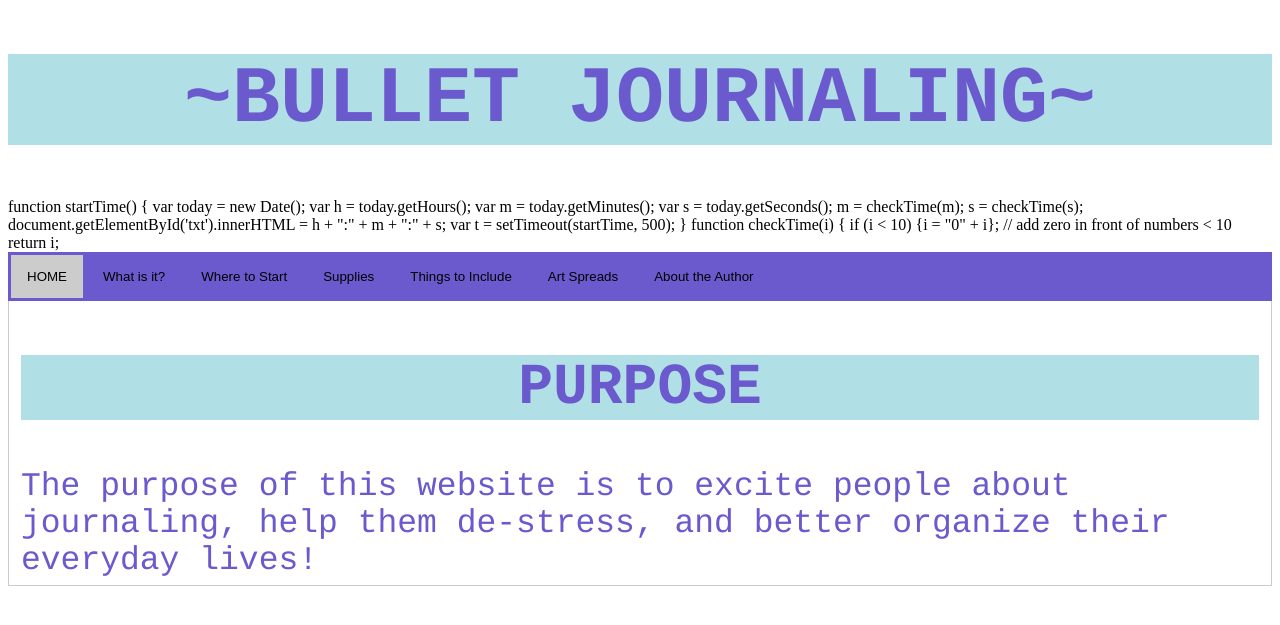
Repository: m-e-l-i-s-s-a/m-e-l-i-s-s-a.github.io
Page: journaling/index.html
The author's editor kept a record of every edit. The page is drawn from the files as they stood at one moment, then again after the next edit.
The browser window is 1280 px wide. The pictures show the whole page.

Above is the page before.

After the next edit:
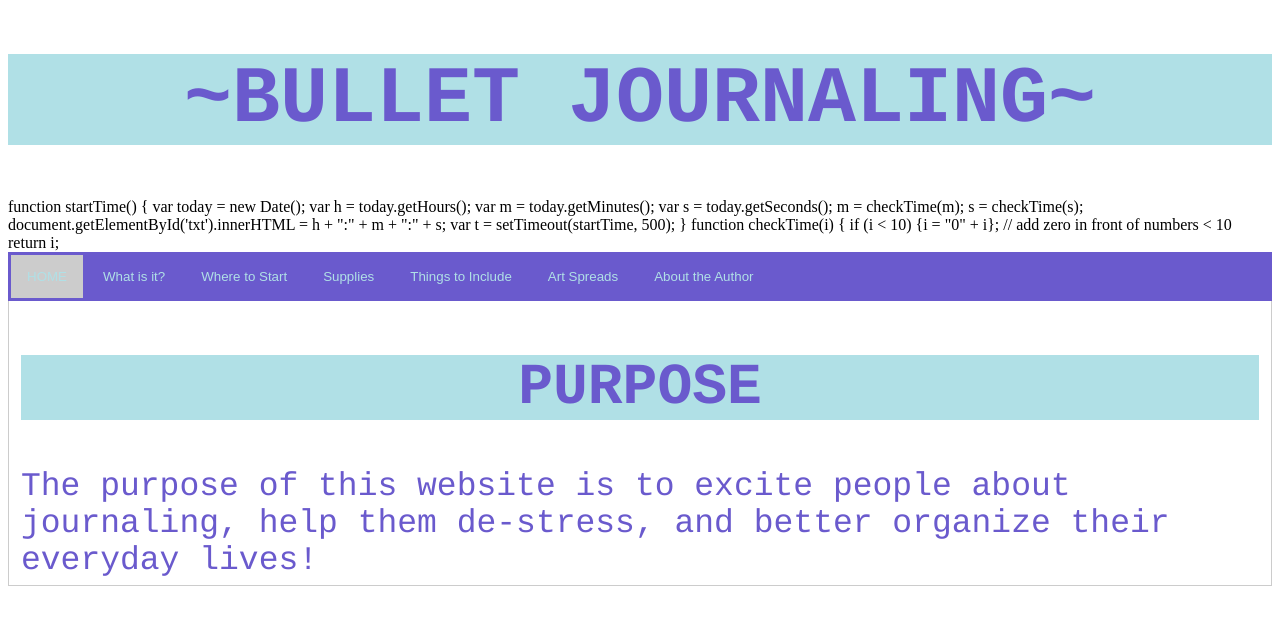
The edit:
--- a/journaling/journaling.css
+++ b/journaling/journaling.css
@@ -52,6 +52,7 @@
               float: center;
               border: none;
               outline: none;
+              color: powderblue;
               cursor: pointer;
               padding: 14px 16px;
               transition: 0.3s;
